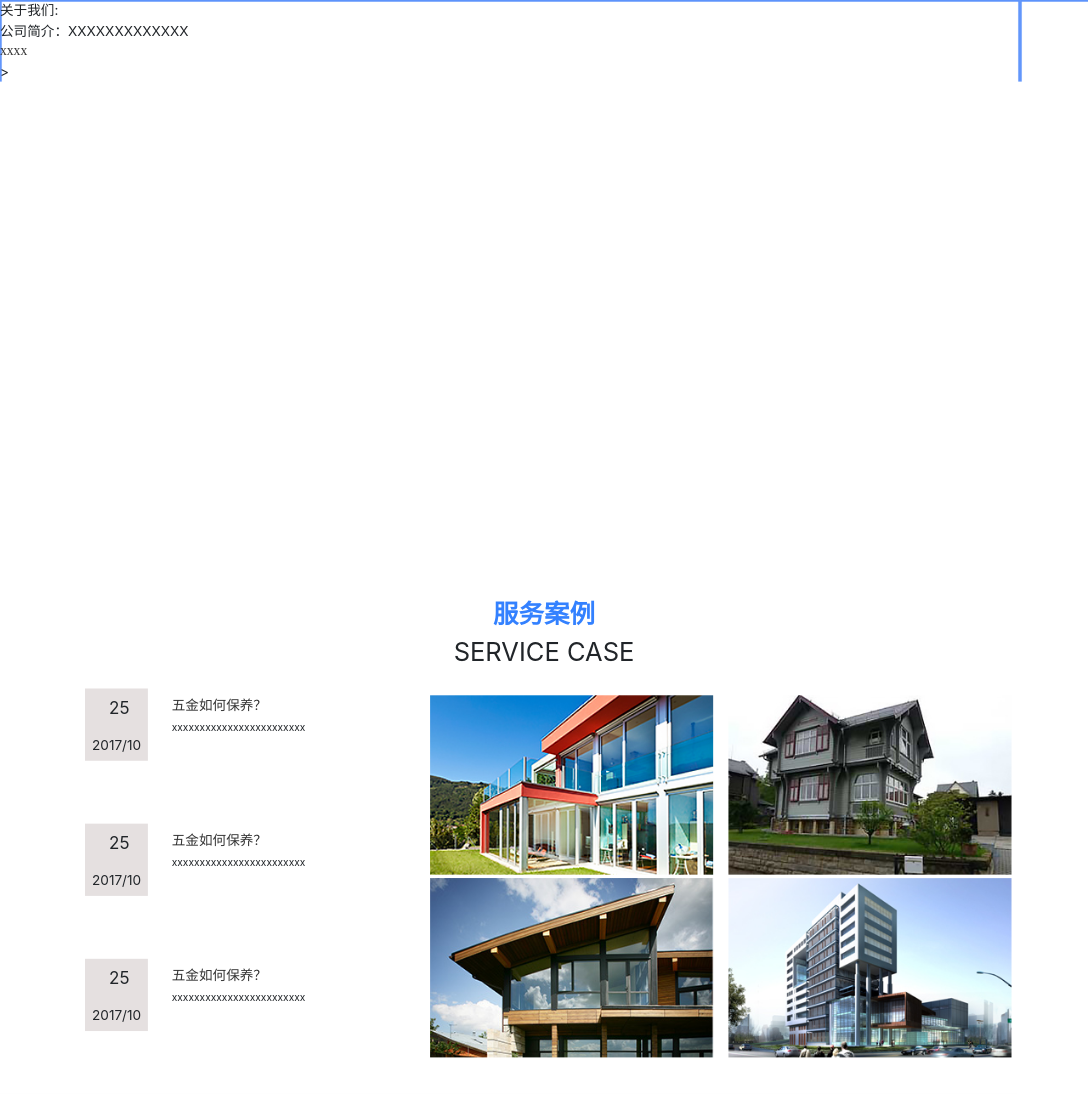
Repository: Noitom/Hadalsnailfish
Page: src/main/resources/static/html/main.html
The author's editor kept a copy of each file at every save. The page is drawn from the files as they stood at one save, then again after the next save.
The browser window is 1280 px wide. The pictures show the whole page, at 85% of full size.

Above is the page before, as saved 2021-12-14 16:58:39.
Console error: TypeError: Cannot read properties of undefined (reading 'offsetTop')

### src/main/resources/static/html/main.html
<!DOCTYPE html>
<html lang="zh-CN">
<head>
    <meta charset="utf-8">
    <meta http-equiv="X-UA-Compatible" content="IE=edge">
    <meta name="viewport" content="width=device-width, initial-scale=1">
    <title>深海狮子鱼</title>
    <link href="../bootstrap/css/bootstrap.min.css" rel="stylesheet">
    <link href="../css/cl-css.css" rel="stylesheet">
    <link href="../font-awesome/css/font-awesome.min.css" rel="stylesheet">
    <link href="../element/element.css" rel="stylesheet" type="text/css">
    <link href="../bootstrap/css/bootstrap-responsive.min.css" rel="stylesheet" type="text/css">
    <style>
        .el-carousel__item h3 {
            color: #475669;
            font-size: 14px;
            opacity: 0.75;
            line-height: 150px;
            margin: 0;
        }

        .el-row {
            margin-bottom: 20px;
        &:last-child {
             margin-bottom: 0;
         }
        }
        .el-col {
            border-radius: 4px;
        }
        .bg-purple-dark {
            background: #99a9bf;
        }
        .bg-purple {
            background: #d3dce6;
        }
        .bg-purple-light {
            background: #e5e9f2;
        }
        .grid-content {
            border-radius: 4px;
            min-height: 36px;
        }
        .row-bg {
            padding: 10px 0;
            background-color: #f9fafc;
        }
        .szy-contact-way{
            width: 220px;
            height: 230px;
            border: 2px solid #d4d0d0;
            padding-top: 30px;
            padding-bottom: 20px;
        }

    </style>
</head>
<body>
<div id="app" style="background:#fff;">
    <!--首页其他内容展示-->

    <div class="jumbotron-one">
        <transition enter-active-class="animated bounceInRight">
            <div class="container-tow" style="background: url(../img/border.webp);" ref="part1" v-show="part1flag">
                <span class="word">关于我们:</span>
                <div class="word-1">
                    <span>{{message}}</span></div>
                <div class="image-1" style="background: url(../img/img-1.webp) no-repeat;"></div>
                <div class="image-2" style="background: url(../img/img-2.webp);"></div>
                <div class="but-1">
                    <a href="#">
                        <span>xxxx</span>
                    </a>
                </div>
                <div class="but-2">
                    <span> > </span>
                    </a>
                </div>
            </div>
        </transition>
    </div>


    <!-- <div class="jumbotron">
    <div class="container">
    展示内容预留位置
    </div> -->

    <!-- </div> -->

    <!--首页其他内容展示-->
    <!--<div class="container-fluid"-->
         <!--style="background: url('../img/AD0Iz_PkBhACGAAgvZLxygUo8LKV8AYwgA844QU.jpg') repeat-y center;height: 737px;width: 100%">-->
        <!--<div class="container">-->
            <!--<div style="width: 1200px;">-->
                <!--<transition enter-active-class="animated bounceInRight">-->
                    <!--<div class="row" ref="part2" v-show="part2flag">-->
                        <!--<div class="col-md-4"-->
                             <!--style="height: 735px;background: url('../img/AD0Iz_PkBhAEGAAgu5LxygUomNWtNzDgAjjWAw.png.webp') no-repeat center;">-->
                            <!--<div class="d-flex flex-column justify-content-around align-items-center"-->
                                 <!--style="height: 735px;padding-bottom: 150px;padding-top: 150px">-->
                                <!--<div class="p-2">-->
                                    <!--<p style="color: rgb(255, 255, 255); font-family: 微软雅黑; font-size: 54px; background-color: transparent;">-->
                                        <!--我们的优势</p>-->
                                    <!--<p style="font-family: 微软雅黑; color: rgb(255, 255, 255); font-size: 22px;">-->
                                        <!--15年经验铸就坚硬的品牌理念</p>-->
                                <!--</div>-->
                                <!--<div class="p-2">-->
                                    <!--<div style="position: relative;right: 50px">-->
                                        <!--<p style="color: rgb(255, 255, 255);  font-size: 18px; background-color: transparent;">-->
                                            <!--FINAL QUALITY OF INTERNATIONAL</p>-->
                                        <!--<p style="color: rgb(255, 255, 255); font-family: 微软雅黑; font-size: 18px; background-color: transparent;">-->
                                            <!--&nbsp;&nbsp;&nbsp;&nbsp;&nbsp;&nbsp;&nbsp;&nbsp;&nbsp;&nbsp;&nbsp;&nbsp;&nbsp;&nbsp;&nbsp;&nbsp;&nbsp;&nbsp;&nbsp;&nbsp;&nbsp;ADVANCED-->
                                            <!--TECHNOLOGY</p>-->
                                    <!--</div>-->
                                <!--</div>-->
                            <!--</div>-->
                        <!--</div>-->
                        <!--<div class="col-md-7" style="height: 735px;">-->
                            <!--<div class="d-flex flex-column justify-content-around align-items-center"-->
                                 <!--style="height: 735px;padding-bottom: 100px;padding-top: 100px;padding-left: 100px">-->
                                <!--<div class="d-flex flex-row " style=" height: 100px;width: 100%">-->
                                    <!--<img src="../img/AD0Iz_PkBhAEGAAgupLxygUotcqk4QMwVThV.png.webp"-->
                                         <!--style="height: 85px;width: 85px">-->
                                    <!--<div class="d-flex flex-column" style="padding-left: 50px">-->
                                        <!--<p class="szy-yahei-22px-blue">国际认证品牌</p>-->
                                        <!--<p class="szy-yahei-18px-white">CERUFICATION</p>-->
                                        <!--<p class="szy-yahei-16px-white">一系列突破性的创新给了我们公司的产品当之无愧的全球声誉</p>-->
                                    <!--</div>-->
                                <!--</div>-->
                                <!--<div class="d-flex flex-row " style=" height: 100px;width: 100%">-->
                                    <!--<img src="../img/AD0Iz_PkBhAEGAAguJLxygUoqpuiGzBVOFU.png.webp"-->
                                         <!--style="height: 85px;width: 85px">-->
                                    <!--<div class="d-flex flex-column" style="padding-left: 50px">-->
                                        <!--<p class="szy-yahei-22px-blue">国际认证品牌</p>-->
                                        <!--<p class="szy-yahei-18px-white">CERUFICATION</p>-->
                                        <!--<p class="szy-yahei-16px-white">一系列突破性的创新给了我们公司的产品当之无愧的全球声誉</p>-->
                                    <!--</div>-->
                                <!--</div>-->
                                <!--<div class="d-flex flex-row " style=" height: 100px;width: 100%">-->
                                    <!--<img src="../img/AD0Iz_PkBhAEGAAgu5LxygUozp2n1AIwVThV.png.webp"-->
                                         <!--style="height: 85px;width: 85px">-->
                                    <!--<div class="d-flex flex-column" style="padding-left: 50px">-->
                                        <!--<p class="szy-yahei-22px-blue">国际认证品牌</p>-->
                                        <!--<p class="szy-yahei-18px-white">CERUFICATION</p>-->
                                        <!--<p class="szy-yahei-16px-white">一系列突破性的创新给了我们公司的产品当之无愧的全球声誉</p>-->
                                    <!--</div>-->
                                <!--</div>-->
                            <!--</div>-->
                        <!--</div>-->
                    <!--</div>-->
                <!--</transition>-->
            <!--</div>-->
        <!--</div>-->
    <!--</div>-->

    <!--<div class="jumbotron-i">-->
        <!--<transition enter-active-class="animated bounceInRight">-->
            <!--<div class="container" ref="part3" v-show="part3flag">-->

                <!--<div class="d-flex flex-column justify-content-around" style="height: 670px;">-->
                    <!--<div class="d-flex flex-column justify-content-around" style="height: 200px;width: 100%">-->
                        <!--<div>-->
                            <!--<h2>产品介绍</h2>-->
                            <!--<h5>PRODUCT INTRODUCTION</h5>-->
                        <!--</div>-->
                    <!--</div>-->
                    <!--<div class="d-flex flex-row justify-content-around" style="height: 470px;width: 100%">-->
                        <!--<div style="height: 360px;width: 250px;">-->
                            <!--<img src="../img/chanping1.webp" class="szy-index-img">-->
                            <!--<p style="font-size: 30px; text-align:center">xxx</p>-->
                        <!--</div>-->
                        <!--<div style="height: 360px;width: 250px;">-->
                            <!--<img src="../img/chanping1.webp" class="szy-index-img">-->
                            <!--<p style="font-size: 30px; text-align:center">xxx</p>-->
                        <!--</div>-->
                        <!--<div style="height: 360px;width: 250px;">-->
                            <!--<img src="../img/chanping1.webp" class="szy-index-img">-->
                            <!--<p style="font-size: 30px; text-align:center">xxx</p>-->
                        <!--</div>-->
                        <!--<div style="height: 360px;width: 250px;">-->
                            <!--<img src="../img/chanping1.webp" class="szy-index-img">-->
                            <!--<p style="font-size: 30px; text-align:center">xxx</p>-->
                        <!--</div>-->
                    <!--</div>-->
                <!--</div>-->

            <!--</div>-->
        <!--</transition>-->
    <!--</div>-->

    <!--<div class="container-fluid"-->
         <!--style="background: url('../img/AD0Iz_PkBhACGAAgvZLxygUo3KbZmwUwgA842gQ.jpg') repeat-y center;height: 600px;width: 100%">-->
        <!--<transition enter-active-class="animated bounceInRight">-->
            <!--<div class="container" ref="part4" v-show="part4flag">-->
                <!--<div class="d-flex flex-column justify-content-around "-->
                     <!--style="width: 1200px;height: 600px;padding-bottom: 100px;padding-top: 100px">-->
                    <!--<div>-->
                        <!--<p style="font-family: 微软雅黑; font-size: 30px; color: rgb(255, 255, 255);margin-bottom: 0">-->
                            <!--制造工艺流程</p>-->
                        <!--<p style="font-family: 微软雅黑; font-size: 15px; color: rgb(0, 0, 0);">MANUFACTURING PROCESS</p>-->
                    <!--</div>-->
                    <!--<div class="d-flex flex-column justify-content-around " style="width: 100%;height: 300px;">-->
                        <!--<div style="position: relative;left: 75px;margin-bottom: 10px;padding-top: 25px">-->
                            <!--<img src="../img/AD0Iz_PkBhAEGAAg0P3xygUomLSmbjCgCDgU.png.webp">-->
                        <!--</div>-->
                        <!--<div class="d-flex justify-content-between ">-->
                            <!--<div class="d-flex flex-column align-items-center">-->
                                <!--<img src="../img/AD0Iz_PkBhAEGAAg6-3xygUooLKNxwcwmAE4mAE.png.webp">-->
                                <!--<p style="font-family: 微软雅黑; font-size: 16px; color: rgb(255, 255, 255);margin-top: 20px">-->
                                    <!--确认需求</p>-->
                            <!--</div>-->
                            <!--<div class="d-flex flex-column align-items-center">-->
                                <!--<img src="../img/AD0Iz_PkBhAEGAAg6-3xygUooLKNxwcwmAE4mAE.png.webp">-->
                                <!--<p style="font-family: 微软雅黑; font-size: 16px; color: rgb(255, 255, 255);margin-top: 20px">-->
                                    <!--确认需求</p>-->
                            <!--</div>-->
                            <!--<div class="d-flex flex-column align-items-center">-->
                                <!--<img src="../img/AD0Iz_PkBhAEGAAg6-3xygUooLKNxwcwmAE4mAE.png.webp">-->
                                <!--<p style="font-family: 微软雅黑; font-size: 16px; color: rgb(255, 255, 255);margin-top: 20px">-->
                                    <!--确认需求</p>-->
                            <!--</div>-->
                            <!--<div class="d-flex flex-column align-items-center">-->
                                <!--<img src="../img/AD0Iz_PkBhAEGAAg6-3xygUooLKNxwcwmAE4mAE.png.webp">-->
                                <!--<p style="font-family: 微软雅黑; font-size: 16px; color: rgb(255, 255, 255);margin-top: 20px">-->
                                    <!--确认需求</p>-->
                            <!--</div>-->
                            <!--<div class="d-flex flex-column align-items-center">-->
                                <!--<img src="../img/AD0Iz_PkBhAEGAAg6-3xygUooLKNxwcwmAE4mAE.png.webp">-->
                                <!--<p style="font-family: 微软雅黑; font-size: 16px; color: rgb(255, 255, 255);margin-top: 20px">-->
                                    <!--确认需求</p>-->
                            <!--</div>-->
                        <!--</div>-->
                    <!--</div>-->
                <!--</div>-->
            <!--</div>-->
        <!--</transition>-->
    <!--</div>-->


    <div class="container-fluid">
        <div class="d-flex flex-column">
            <div class="d-flex flex-column align-items-center" style="height: 100px;margin-top:30px;">
                <p style="font-size: 30px;color: #3381ff;margin-bottom: 0;margin-top:20px;;font-weight:bold">服务案例</p>
                <p style="font-size: 30px">SERVICE CASE</p>
            </div>
            <div style="margin-top: 30px">
                <div class="d-flex flex-row justify-content-around ">
                    <div >
                        <div class="d-flex flex-column align-items-center" >
                            <div class="d-flex flex-row" style="height: 109px;margin-bottom: 50px">
                                <div class="p-2" style="margin-left: 20px;background-color:hsl(0, 9%, 89%) ;height: 85px;">
                                    <p style="font-size: 20px;margin-left: 20px;">25</p>
                                    <p>2017/10</p>
                                </div>
                                <div class="p-2" style="margin-left: 20px;">
                                    <a href="#" style="display: block;">五金如何保养？</a>
                                    <span style="height: 80px;font-size: 12px;">xxxxxxxxxxxxxxxxxxxxxxxx</span>
                                </div>
                            </div>
                            <div class="d-flex flex-row" style="height: 109px;margin-bottom: 50px">
                                <div class="p-2" style="margin-left: 20px;background-color:hsl(0, 9%, 89%) ;height: 85px;">
                                    <p style="font-size: 20px;margin-left: 20px;">25</p>
                                    <p>2017/10</p>
                                </div>
                                <div class="p-2" style="margin-left: 20px;">
                                    <a href="#" style="display: block;">五金如何保养？</a>
                                    <span style="height: 80px;font-size: 12px;">xxxxxxxxxxxxxxxxxxxxxxxx</span>
                                </div>
                            </div>
                            <div class="d-flex flex-row" style="height: 109px;margin-bottom: 50px">
                                <div class="p-2" style="margin-left: 20px;background-color:hsl(0, 9%, 89%) ;height: 85px;">
                                    <p style="font-size: 20px;margin-left: 20px;">25</p>
                                    <p>2017/10</p>
                                </div>
                                <div class="p-2" style="margin-left: 20px;">
                                    <a href="#" style="display: block;">五金如何保养？</a>
                                    <span style="height: 80px;font-size: 12px;">xxxxxxxxxxxxxxxxxxxxxxxx</span>
                                </div>
                            </div>
                        </div>
                    </div>
                    <!-- 图片区域 -->
                    <div class="d-flex flex-row hidden-phone" >
                        <div class="d-flex flex-row">
                            <div class="p-2 " >
                                <div class="d-flex flex-column">
                                    <div class="p-2"
                                         style="height: 215px;width: 335px;background: url(../img/AD0IhdDxBBACGAAg07CfvgUorZv0twUwzQI40wE.jpg.webp) no-repeat;">
                                    </div>
                                    <div class="p-2 "
                                         style="height: 215px;width: 335px;background: url(../img/AD0IhdDxBBACGAAg0bCfvgUovfrw1AQwzQI40wE.jpg.webp) no-repeat;">
                                    </div>
                                </div>
                            </div>
                            <div class="p-2 " >
                                <div class="d-flex visible-desktop">
                                    <div class="p-2"
                                         style="height: 215px;width: 335px;background: url(../img/AD0IhdDxBBACGAAgv7CfvgUowNfZzAYwzQI40wE.jpg.webp) no-repeat;">
                                    </div>
                                    <div class="p-2"
                                         style="height: 215px;width: 335px;background: url(../img/AD0IhdDxBBACGAAgx7CfvgUo16PphwcwzQI40wE.jpg.webp) no-repeat;">
                                    </div>
                                </div>
                            </div>
                        </div>
                    </div>
                </div>
            </div>
        </div>
    </div>
</div>
<script src="../jquery/jquery.min.js"></script>
<script src="../bootstrap/js/bootstrap.min.js"></script>
<script src="../element/vue.js"></script>
<script src="../element/element.js"></script>
<script type="text/javascript">
    //配置对象 options
    new Vue({
        // 配置选项(option)
        // element: 指定用vue来管理页面中的哪个标签区域
        el: '#app',
        data: {
            isCollapse: true,
            imageList:[
                './img/AD0IhdDxBBACGAAg87q03wUomNK66wUwgA840QU.jpg',
                './img/AD0IhdDxBBACGAAg87q03wUokNmXkwUwgA840QU.jpg'
            ],
            message:'公司简介：XXXXXXXXXXXXX',
            show:false,
            part1flag:false,
            part2flag:false,
            part3flag:false,
            part4flag:false,
            number:0,
            mainUrl:'html/test.html'

        },
        methods: {
            handleScroll:function () {
                this.currentScroll = window.pageYOffset;
                this.number = this.currentScroll

                if(this.currentScroll >= this.$refs.part1.offsetTop ){
                    this.part1flag = true
                }
                if(this.currentScroll >= this.$refs.part2.offsetTop + 1200){
                    this.part2flag = true
                }
                if(this.currentScroll >= this.$refs.part3.offsetTop + 1600){
                    this.part3flag = true
                }
                if(this.currentScroll >= this.$refs.part4.offsetTop + 2000){
                    this.part4flag = true
                }
            },
            toIndex:function () {

            },
            toConnect:function () {
                this.mainUrl = 'html/connect.html'
            },
            toHelp:function () {
                this.mainUrl = 'html/help.html'
            }

        },
        mounted:function () {
            window.addEventListener("scroll",this.handleScroll);
            this.part1flag=true
            this.part2flag=true
            this.part3flag=true
            this.part4flag=true
        },
        beforeDestroy() {
            window.removeEventListener("scroll",this.handleScroll)
        },
    });

</script>
</body>
</html>

Loaded but not shown: src/main/resources/static/bootstrap/css/bootstrap.min.css (library); src/main/resources/static/font-awesome/css/font-awesome.min.css (library); src/main/resources/static/element/element.css (library); src/main/resources/static/bootstrap/css/bootstrap-responsive.min.css (library); src/main/resources/static/jquery/jquery.min.js (library); src/main/resources/static/bootstrap/js/bootstrap.min.js (library); src/main/resources/static/element/vue.js (library); src/main/resources/static/element/element.js (library); src/main/resources/static/css/cl-css.css (345 lines, source omitted)

After the next save:
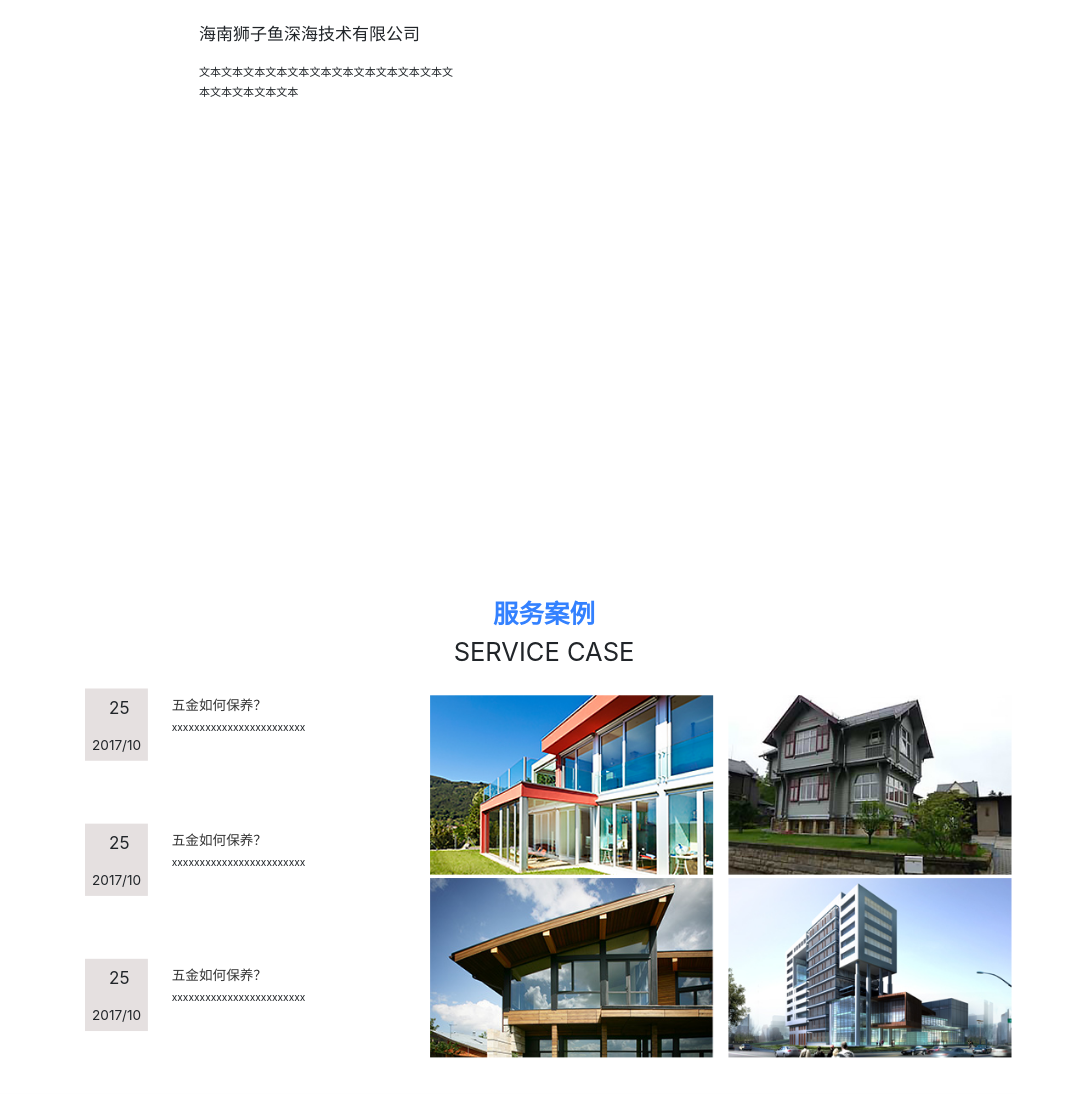
Saved 3 min 50 s later.
--- a/src/main/resources/static/html/main.html
+++ b/src/main/resources/static/html/main.html
@@ -60,7 +60,11 @@
     <!--首页其他内容展示-->
 
     <div class="jumbotron-one">
-        <transition enter-active-class="animated bounceInRight">
+        <div class="szy-tow">
+            <p>海南狮子鱼深海技术有限公司</p>
+            <span>文本文本文本文本文本文本文本文本文本文本文本文本文本文本文本文本</span>
+        </div>
+        <!-- <transition enter-active-class="animated bounceInRight">
             <div class="container-tow" style="background: url(../img/border.webp);" ref="part1" v-show="part1flag">
                 <span class="word">关于我们:</span>
                 <div class="word-1">
@@ -77,7 +81,7 @@
                     </a>
                 </div>
             </div>
-        </transition>
+        </transition> -->
     </div>
 
 
